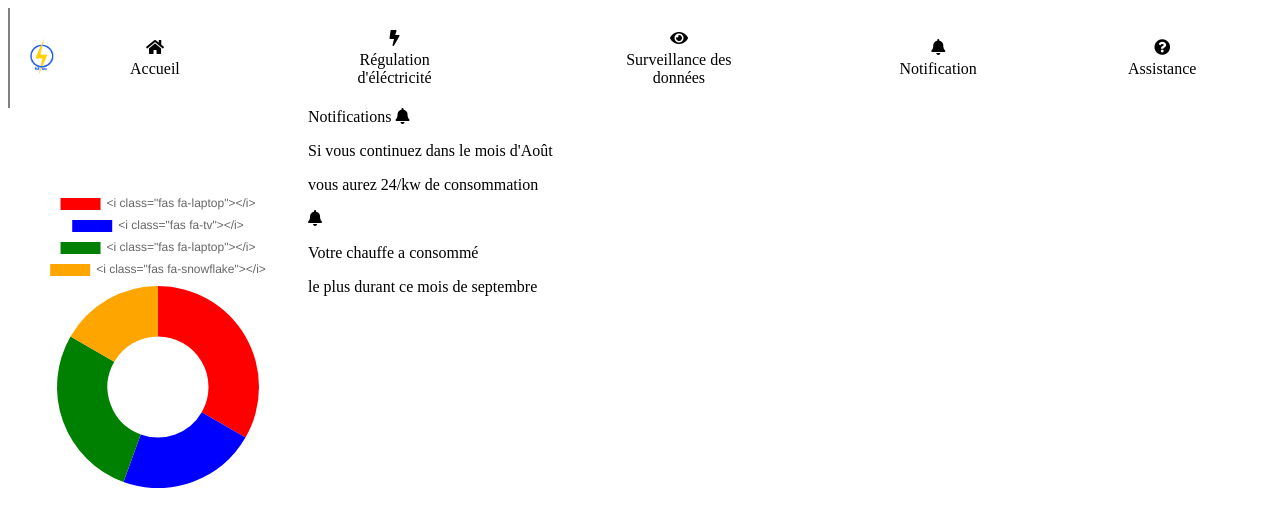
Repository: hamdia200/OSC-Ecowiz
Page: http://localhost/accueil
These files come from the project's save history. The page is drawn as it stood at one moment and after the next save; the edit follows.
The browser window is 1280 px wide. The pictures show the whole page.
The page is served by the project's Laravel application, run on PHP 8.4 with Laravel 10.

Above is the page before, as saved 2023-08-18 13:41:30.

After the next save:
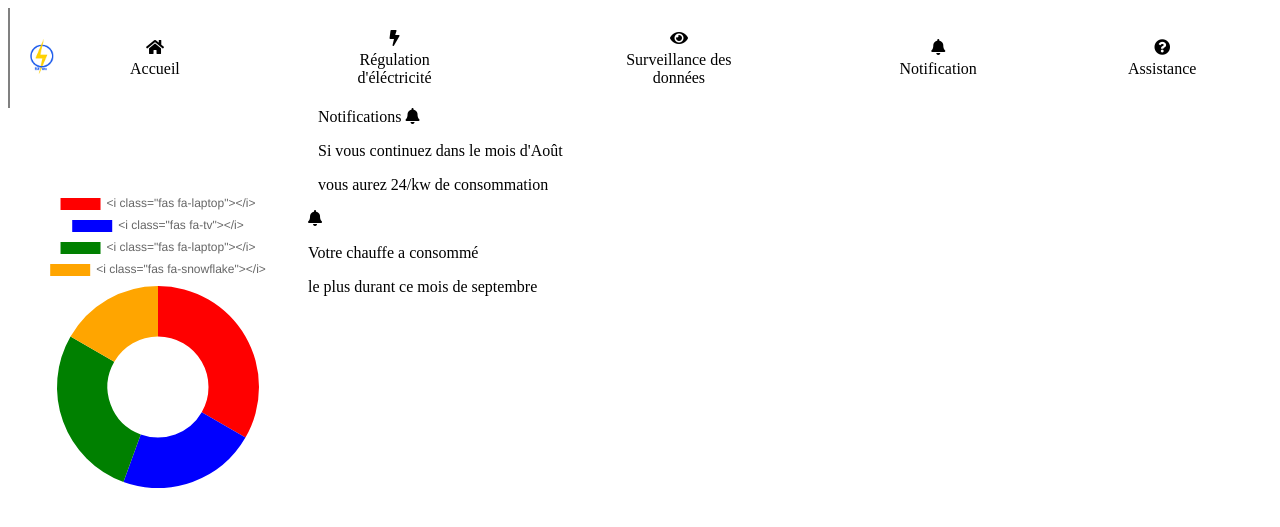
Saved 9 s later.
--- a/resources/views/accueil.blade.php
+++ b/resources/views/accueil.blade.php
@@ -22,7 +22,7 @@
 
 
 
-        .notification {
+        .alert {
             display: inline-block;
             margin: 0 10px;
         }
